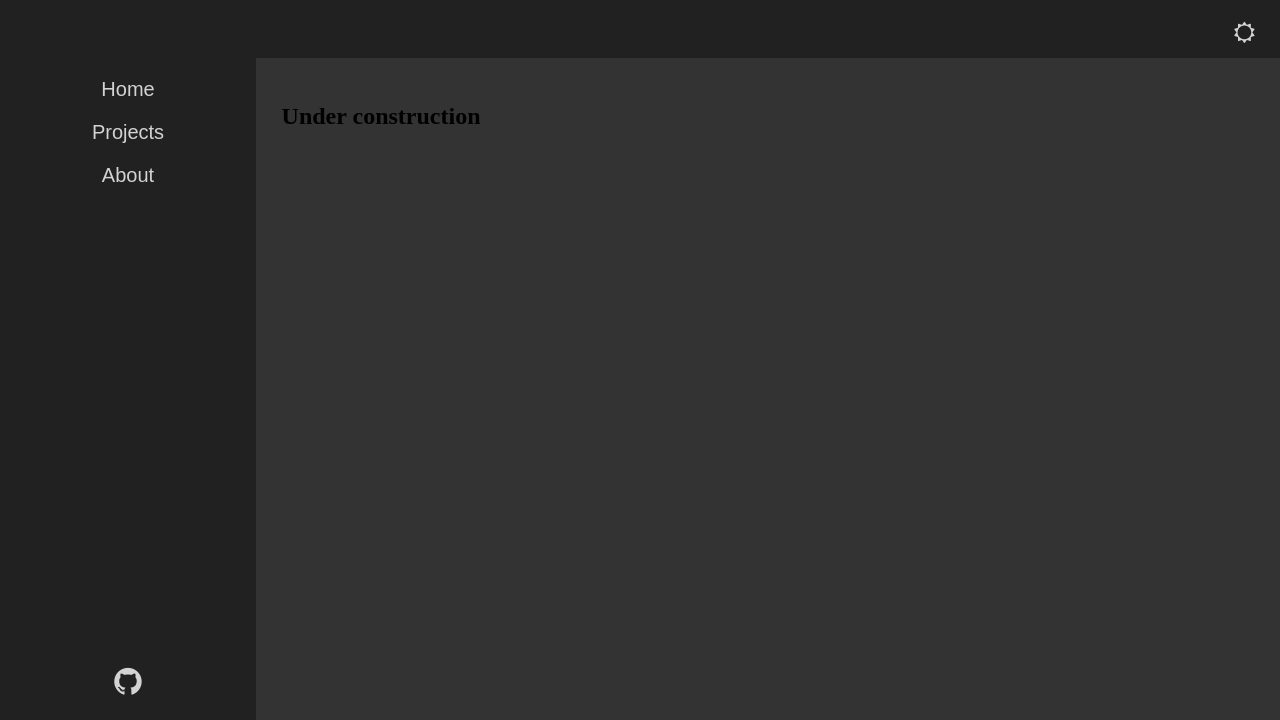
Repository: josephinel6/josephinel6.github.io
Page: index.html
The author's editor kept a copy of each file at every save. The page is drawn from the files as they stood at one save, then again after the next save.
The browser window is 1280 px wide. The pictures show the whole page.

Above is the page before, as saved 2023-04-06 12:34:41.

After the next save:
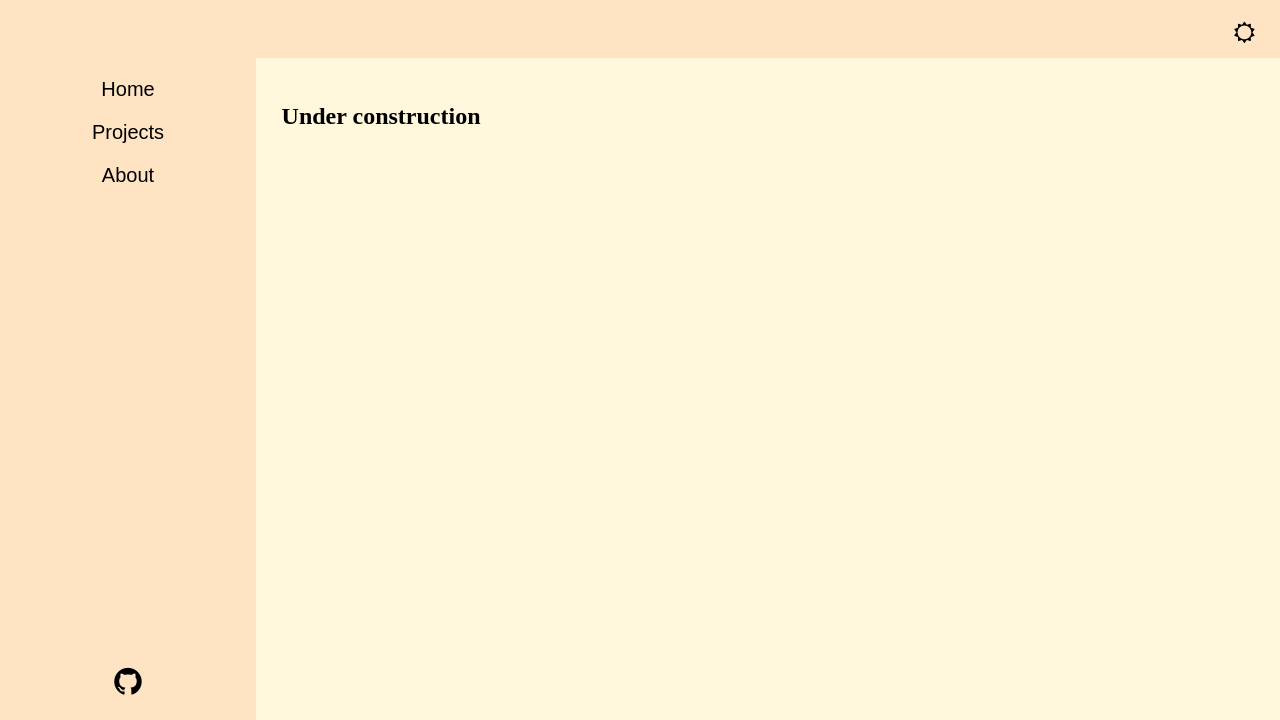
Saved 11 s later.
--- a/index.html
+++ b/index.html
@@ -214,10 +214,10 @@
             }
 
             window.onload = function () {
-                var night = true;
-                document.documentElement.classList.remove("light")
-                document.documentElement.classList.add("dark")
-                window.localStorage.setItem('mode', 'dark');
+                var night = false;
+                document.documentElement.classList.remove("dark")
+                document.documentElement.classList.add("light")
+                window.localStorage.setItem('mode', 'light');
                 // var night = true;
                 // document.documentElement.classList.remove("light")
                 // document.documentElement.classList.add("dark")
